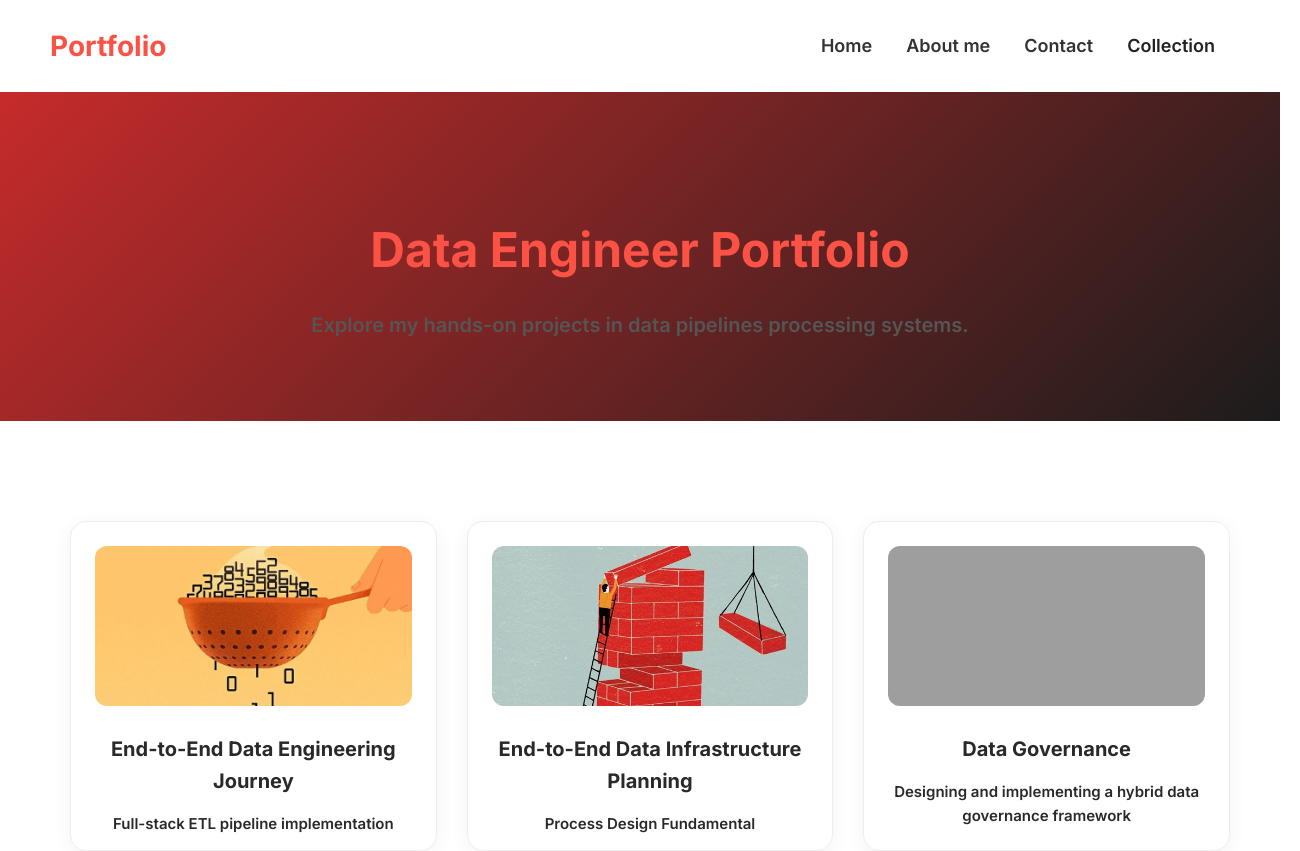
Repository: Wipas1919/Archive-portfolio
Page: projects/data-engineer.html
An editor plug-in stored every save of this project. The page is shown before and after the next save, followed by the edit.
The browser window is 1280 px wide. The page is 1300 px wide, so the pictures cover 1300 px, including what lies to the right of the window. The pictures show the whole page.
Pictures or frames that could not be fetched are drawn as grey boxes.

Above is the page before, as saved 2025-06-01 20:54:32.

After the next save:
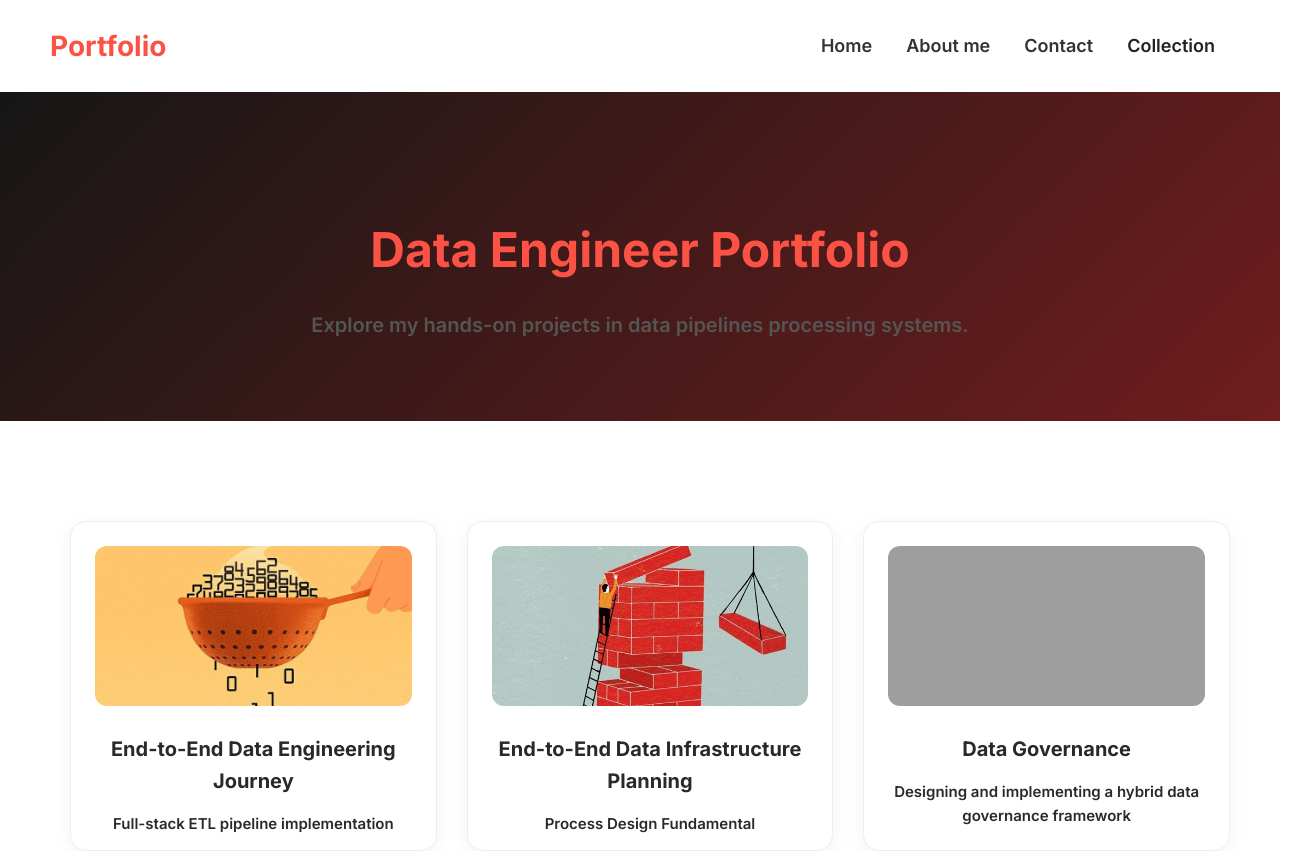
Saved 14 s later.
--- a/projects/data-engineer.html
+++ b/projects/data-engineer.html
@@ -12,7 +12,7 @@
       font-family: 'Inter', sans-serif;
     }
     .cover {
-      background: linear-gradient(135deg, #c62b2b, #1c1c1c);
+      background: linear-gradient(135deg, #161616, #701d1d);
       padding: 80px 20px;
       text-align: center;
     }
